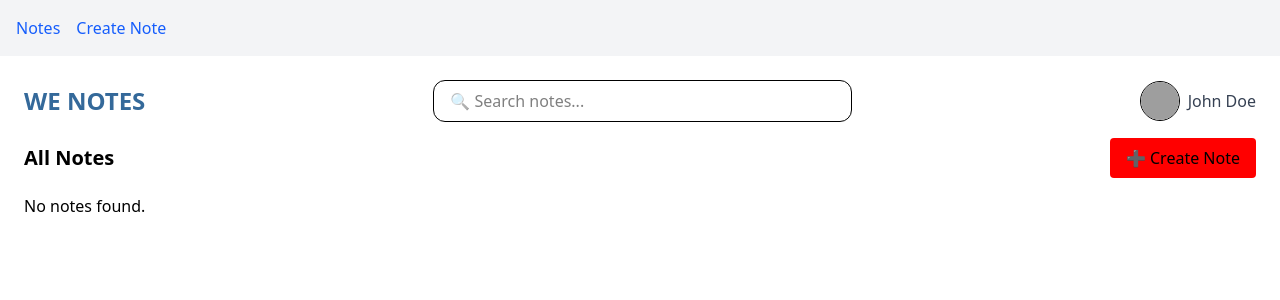
Repository: pin-seavmuy/NoteApplication
Page: / (app in note-vue/)
These files come from the project's save history. The page is drawn as it stood at one moment and after the next save; the edit follows.
The browser window is 1280 px wide. The pictures show the whole page.
Pictures or frames that could not be fetched are drawn as grey boxes. The page's requests for data from a server got no answer. The project was rebuilt for these pictures with package versions that can differ from the ones it lists, and the page was loaded fresh each time. No one was signed in, and anything a server would have sent is missing. Also part of the build but not shown: note-vue/vite.config.ts, note-vue/src/components/NoteWrapper.vue, note-vue/src/views/CreateNote.vue, note-vue/src/views/NoteDetail.vue, note-vue/src/views/UpdateNote.vue.

Above is the page before, as saved 2025-09-16 11:48:23.

After the next save:
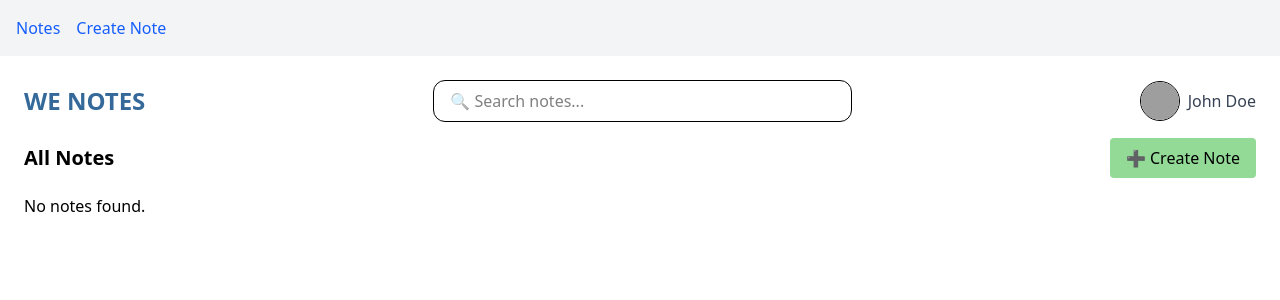
Saved 9 s later.
--- a/note-vue/src/views/NotesList.vue
+++ b/note-vue/src/views/NotesList.vue
@@ -11,7 +11,7 @@
       <button
         @click="showCreateModal = true"
         class="text-base px-4 py-2 rounded text-black hover:brightness-90"
-        style="background-color: red;"
+        style="background-color: #93DA97;"
       >
         ➕ Create Note
       </button>
